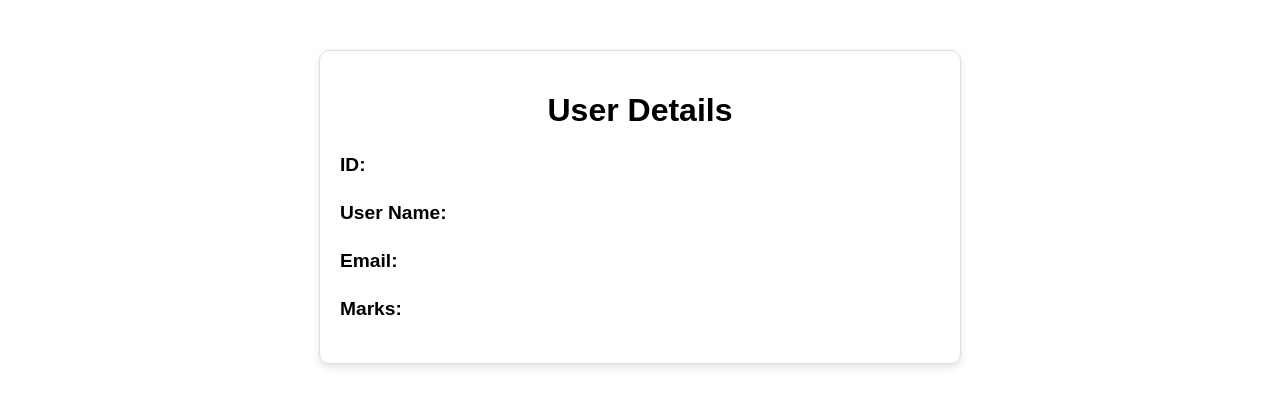
Repository: chetanchavan30/Optifyx
Page: http://localhost/OnlineExaminationSystem/view.jsp
These files come from the project's save history. The page is drawn as it stood at one moment and after the next save; the edit follows.
The browser window is 1280 px wide. The pictures show the whole page.
The page is served by Tomcat 10.

Above is the page before, as saved 2025-01-25 19:38:49.

After the next save:
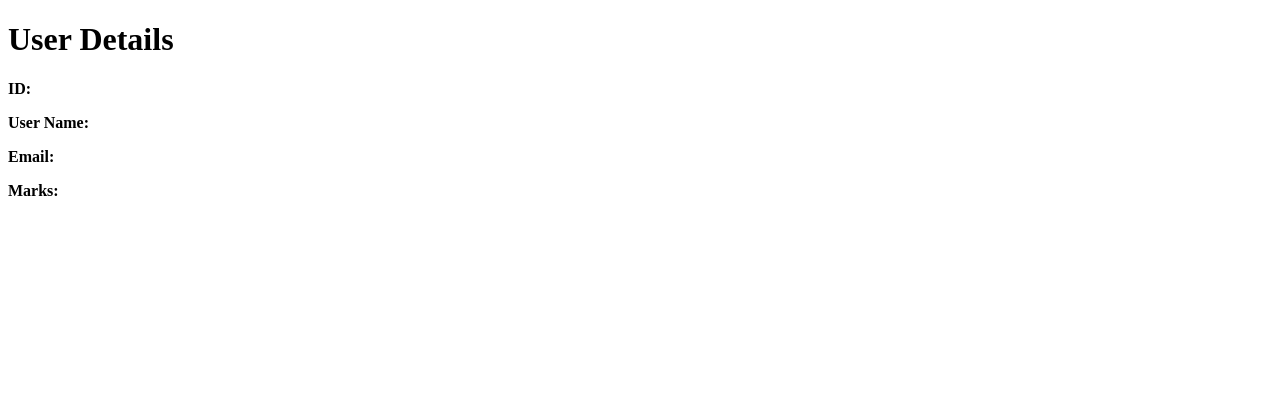
Saved 12 s later.
--- a/OnlineExaminationSystem/src/main/webapp/view.jsp
+++ b/OnlineExaminationSystem/src/main/webapp/view.jsp
@@ -5,25 +5,7 @@
     <meta name="viewport" content="width=device-width, initial-scale=1.0">
     <title>User Details</title>
     <style>
-        .containerDetails {
-            max-width: 600px;
-            margin: 50px auto;
-            padding: 20px;
-            border: 1px solid #ddd;
-            border-radius: 10px;
-            box-shadow: 0 4px 8px rgba(0, 0, 0, 0.1);
-            font-family: Arial, sans-serif;
-        }
-        .containerDetails h1 {
-            text-align: center;
-        }
-        .user-details {
-            margin-top: 20px;
-        }
-        .user-details p {
-            font-size: 1.2rem;
-            line-height: 1.5;
-        }
+
     </style>
 </head>
 <body>
